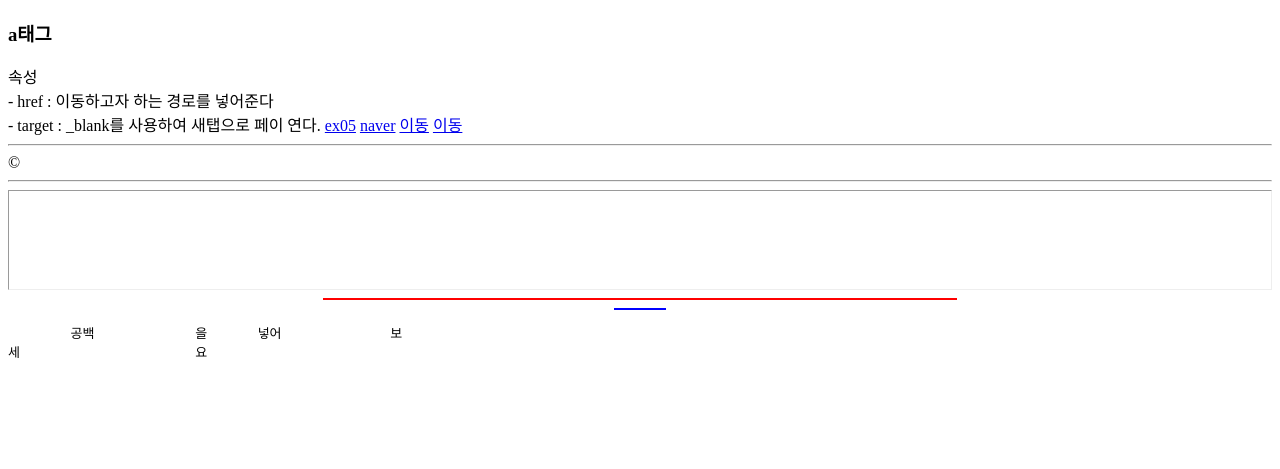
Repository: cleangggg/front
Page: html/ex07.html
These files come from the project's save history. The page is drawn as it stood at one moment and after the next save; the edit follows.
The browser window is 1280 px wide. The pictures show the whole page.

Above is the page before, as saved 2023-05-23 00:28:35.

After the next save:
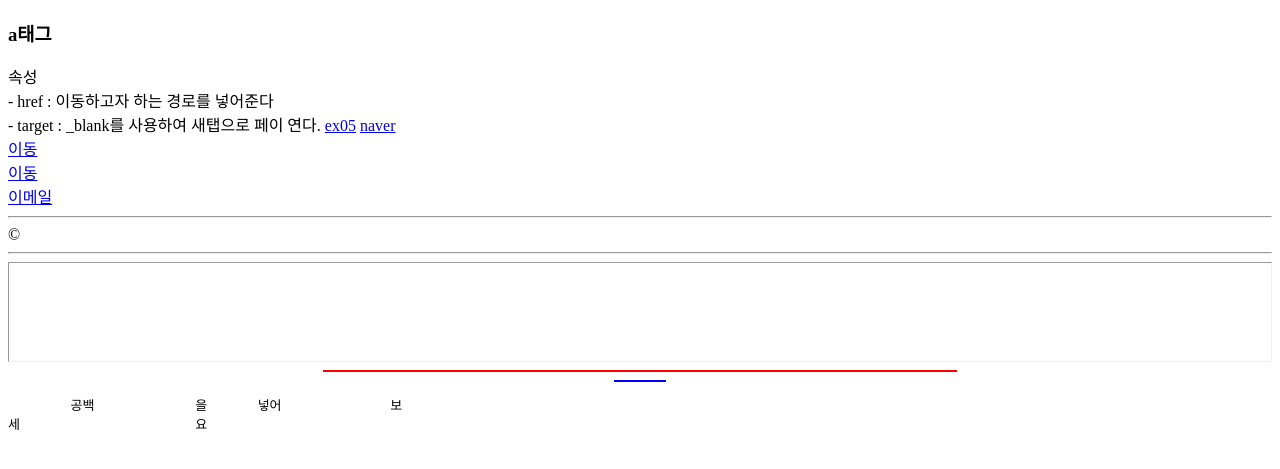
Saved 38 s later.
--- a/html/ex07.html
+++ b/html/ex07.html
@@ -9,9 +9,10 @@
 	- href : 이동하고자 하는 경로를 넣어준다<br>
 	- target : _blank를 사용하여 새탭으로 페이 연다.
 	<a href="ex05.html">ex05</a>
-	<a href="https://www.naver.com">naver</a>
-	<a href="#" title = "무엇일까요">이동</a>
-	<a href="3" target="_blank">이동</a>
+	<a href="https://www.naver.com">naver</a><br>
+	<a href="#" title = "무엇일까요">이동</a><br>
+	<a href="#" target="_blank">이동</a><br>
+	<a href="cleangg123456@gmail.com">이메일</a>
 <hr>
 &copy;
 <hr>
